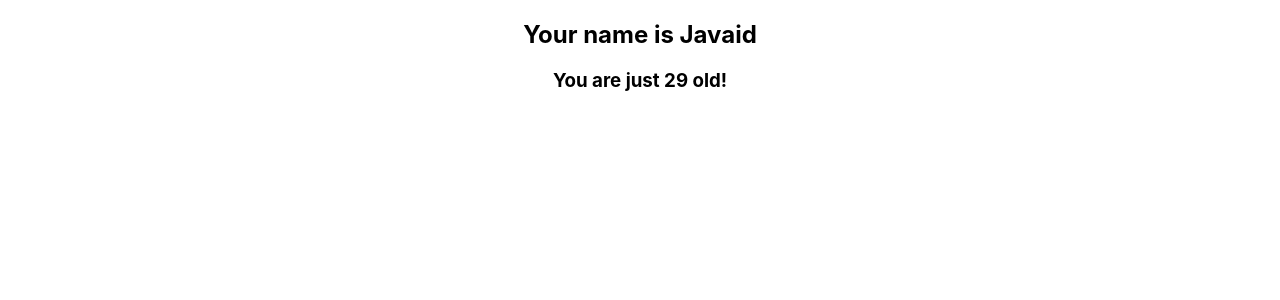
Repository: JavaidAhmadKhan/robo-friends-2.0
Page: /
An editor plug-in stored every save of this project. The page is shown before and after the next save, followed by the edit.
The browser window is 1280 px wide. The pictures show the whole page.
The project was rebuilt for these pictures with package versions that can differ from the ones it lists, and the page was loaded fresh each time.

Above is the page before, as saved 2022-04-18 22:44:09.

After the next save:
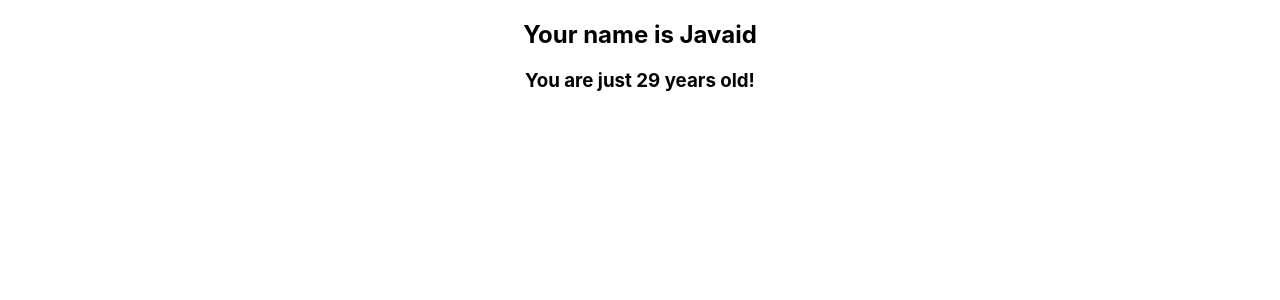
Saved 11 s later.
--- a/src/App.js
+++ b/src/App.js
@@ -15,7 +15,7 @@ class App extends Component {
     return (
       <div className="App">
         <h2>Your name is {this.state.name}</h2>
-        <h3>You are just {this.state.age} old! </h3>
+        <h3>You are just {this.state.age} years old! </h3>
       </div>
     );
   }
